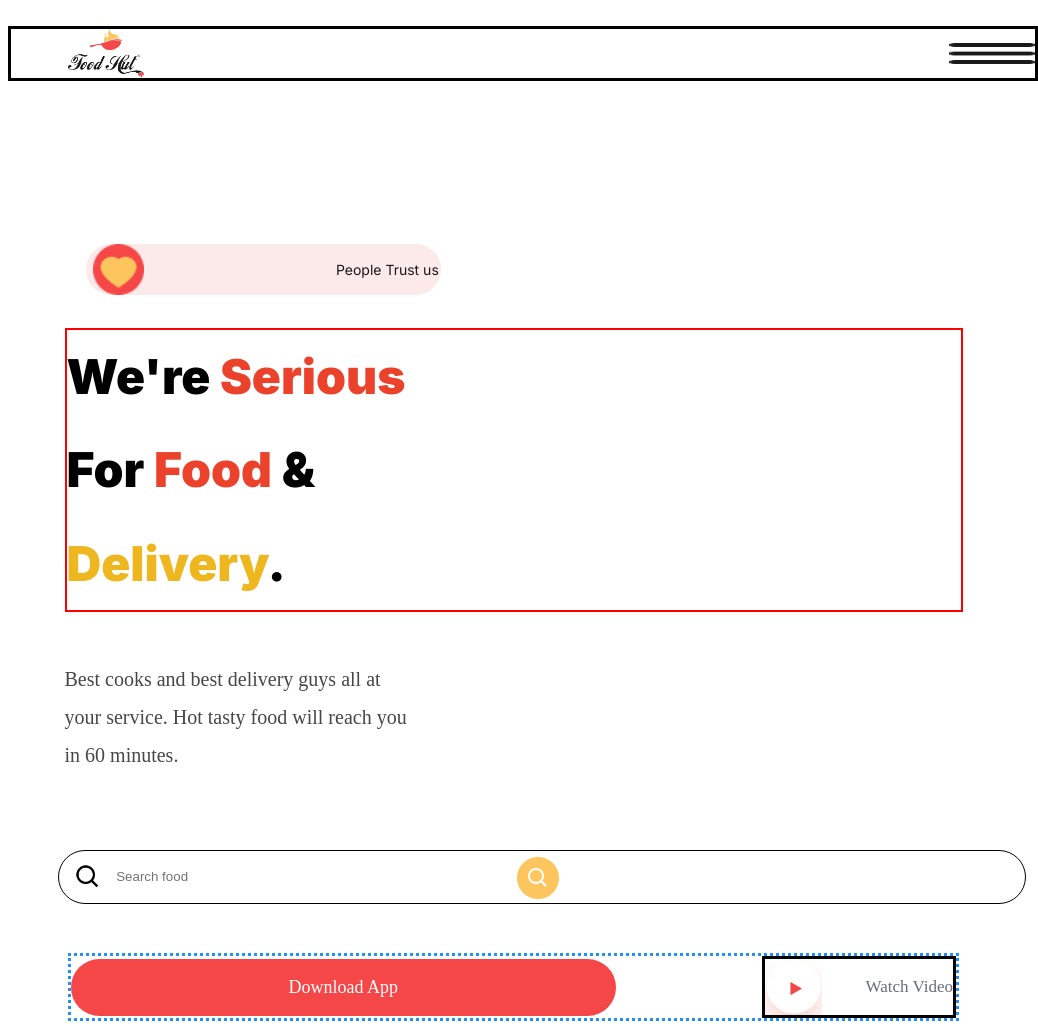
Repository: ReyhanehRahmani/Food-Hut
Page: FoodHut.html
An editor plug-in stored every save of this project. The page is shown before and after the next save, followed by the edit.
The browser window is 1024 px wide. The page is 1038 px wide, so the pictures cover 1038 px, including what lies to the right of the window. The pictures show the whole page.
Some web fonts or font styles are not loaded; a fallback is used.

Above is the page before, as saved 2025-05-29 00:08:32.

After the next save:
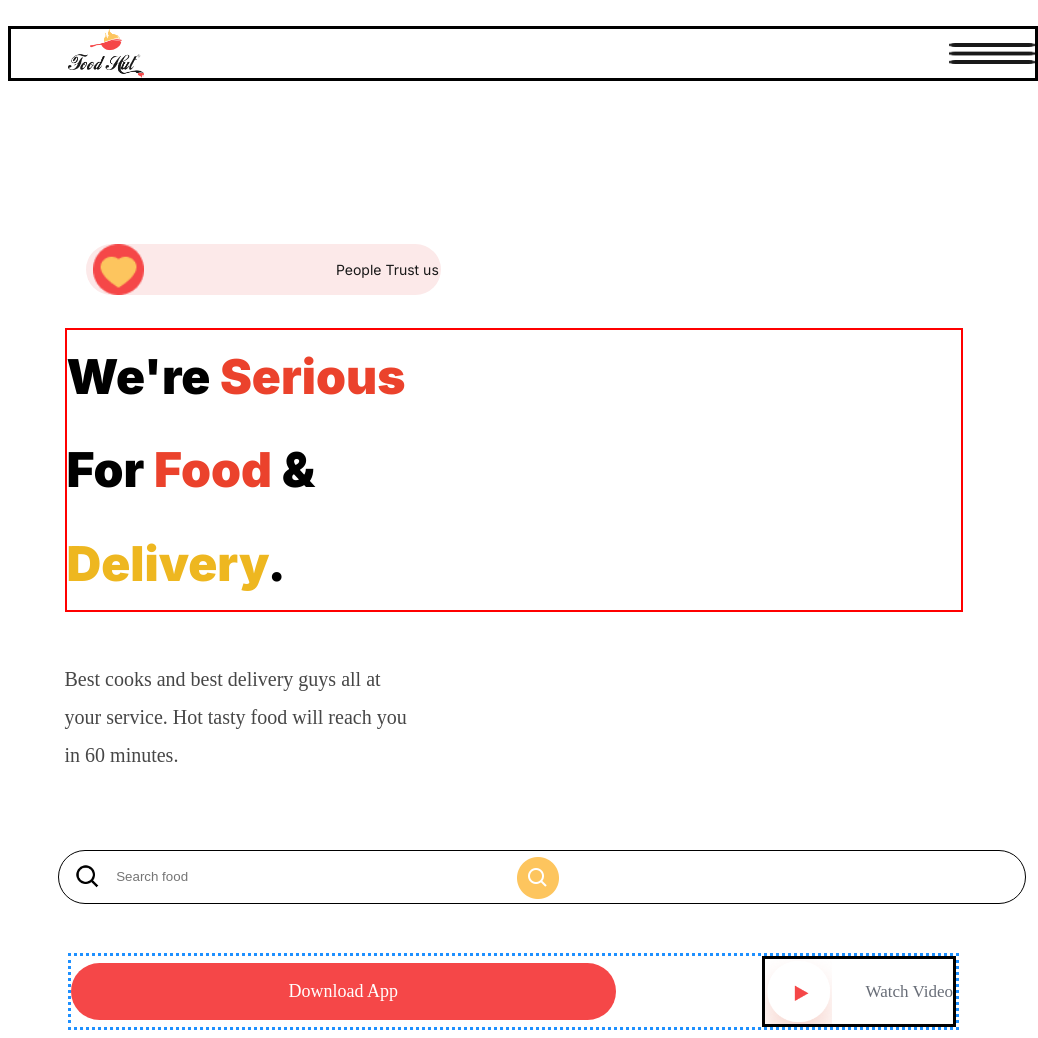
Saved 5 s later.
--- a/FoodHut.css
+++ b/FoodHut.css
@@ -218,7 +218,7 @@ body {
 
 #PlayButton{
     height: 100%;
-    width: 30.415300546%;
+    width: 35.415300546%;
 
 }
 
